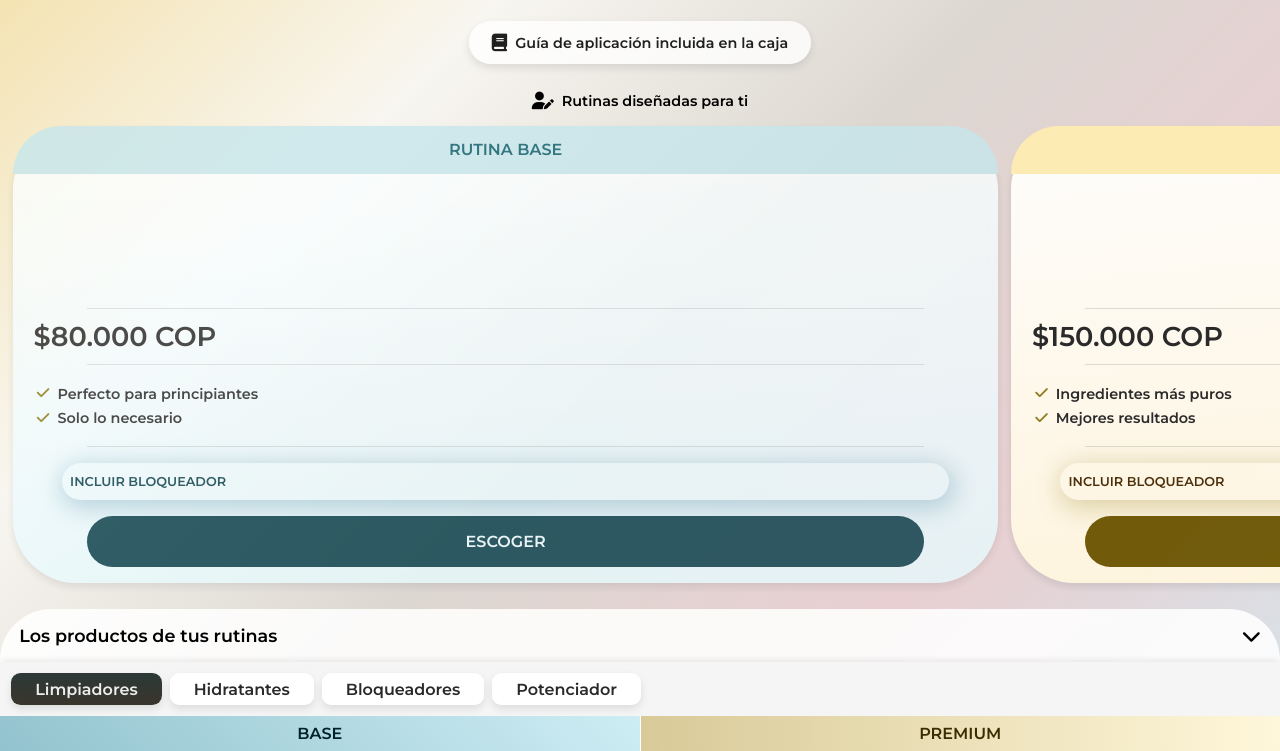
Repository: aCoupon0/DermaBox-2
Page: packs-picker.html
An editor plug-in stored every save of this project. The page is shown before and after the next save, followed by the edit.
The browser window is 1280 px wide. The pictures show the whole page.

Above is the page before, as saved 2025-04-04 21:13:01.
Console error: TypeError: Cannot read properties of null (reading 'valor')

After the next save:
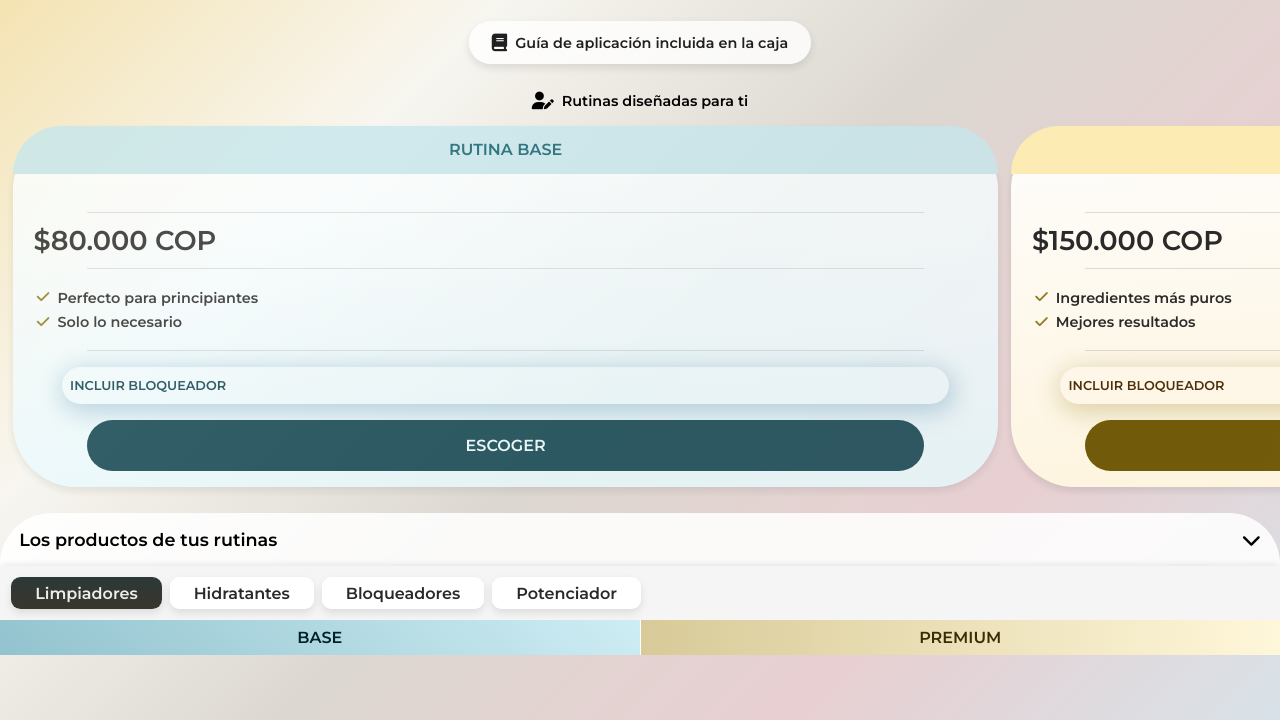
Saved 54 s later.
--- a/css/packs-picker.css
+++ b/css/packs-picker.css
@@ -208,17 +208,17 @@
 
 .routinePhotoZone {
     width: 100%;
-    height: 7rem;
+    height: auto;
     display: flex;
     justify-content: center;
     align-items: center;
     margin-bottom: 0.7rem;
     box-sizing: border-box;
-    padding: 0.5rem 0rem 0rem 0rem;
+    padding: 0.5rem;
 }
 
 .routinePhotoZone img {
-    width: 25%;
+    width: 5rem;
     height: auto;
     margin: 0;
     transition: width 0.5s ease-in-out;
